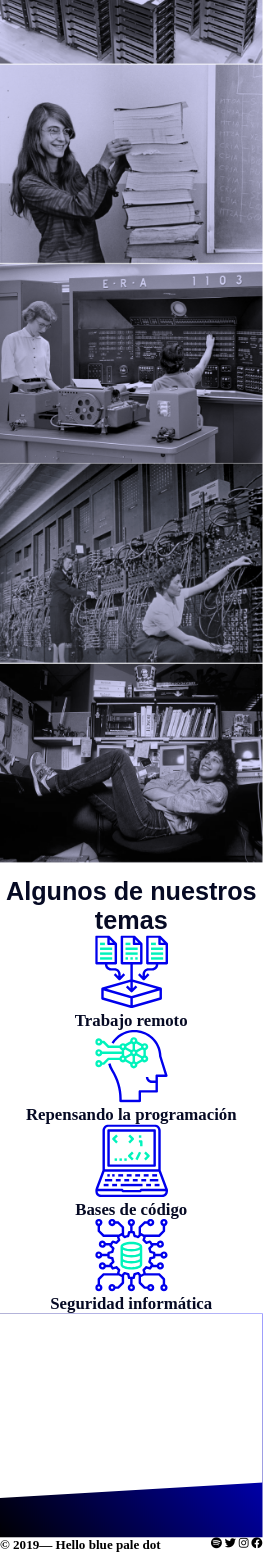
Repository: FedeGA93/podcast
Page: index.html
These files come from the project's save history. The page is drawn as it stood at one moment and after the next save; the edit follows.
The browser window is 375 px wide. The page is 394 px wide, so the pictures cover 394 px, including what lies to the right of the window. The pictures show the part of the page from y = 3096 to 5336 px (the page is 5336 px tall), at 70% of full size.
Some web fonts or font styles are not loaded; a fallback is used. Some web libraries are served in a nearby version.

Above is the page before, as saved 2019-11-26 19:30:15.

### index.html
<!DOCTYPE html>
<html lang="es">

<head>
    <meta charset="UTF-8">
    <meta name="viewport" content="width=device-width, initial-scale=1.0">
    <meta http-equiv="X-UA-Compatible" content="ie=edge">
    <title>BlueDot</title>
    <link rel="stylesheet" href="styles/styles.css">
    <link href="https://fonts.googleapis.com/css?family=IBM+Plex+Mono/IBM+Plex+Sans:400,400i,500,600&display=swap"
        rel="stylesheet">
    <link rel="stylesheet" href="https://cdnjs.cloudflare.com/ajax/libs/font-awesome/5.11.2/css/all.css">
    <link rel="shortcut icon" href="images/logo.ico" type="image/x-icon">
    <link rel="icon" href="images/logo.ico" type="image/x-icon">
</head>

<body>
    <header class="estilo-header">
        <nav>
            <div class="menu">
                <div>
                    <img src="images/logo.svg" alt="Logo del podcast" class="responsive-logo">
                </div>
                <div>

                    <!-- DEsde acá-->
                    <input type="checkbox" id="transformacion" />
                    <label for="transformacion" class="fija-menu">
                        <span class="barras-negras-hamburger bar1"></span>
                        <span class="barras-negras-hamburger bar2"></span>
                        <span class="barras-negras-hamburger bar3"></span>
                    </label>
                    <!--Hasta acá es lo que tengo que copiar-->
                    <ul class="menu-hijo">
                        <li><a class="color-letras" href="#epi">EPISODIOS</a></li>
                        <li><a class="color-letras" href="#nos">NOSOTROS</a></li>
                        <li><a class="color-letras" href="#ent">ENTREVISTAS</a></li>
                        <li><a class="color-letras" href="#topi">TOPICOS</a></li>
                    </ul>

                </div>
            </div>
        </nav>
    </header>
    <main class="primera-caja">
        <div class="centrado">
            <h1>Hello <s>world</s> pale blue dot<strong class="color-punto">.</strong></h1>
        </div>
        <div class="centrado">
            <p class="parrafos-general">El portal de podcasts que explora el mundo de la programación y <br> la
                tecnología.
                Nuevos episodios, todos los jueves cada 15 días.</p>
        </div>
        <div class="main-child">
            <div>
                <p><a class="btn cnmas" href="#nos">CONOCÉ MÁS</a></p>
            </div>
        </div>
    </main>
    <section>

        <div class="fondo-azul-gradiente sec">

            <div class="corteuno"></div>
            <div class="cortedos"></div>
            <div>
                <p class="color-blanco pad" id="epi">Episodios</p>
            </div>
            <div class="flex-spotify">
                <iframe src="https://open.spotify.com/embed-podcast/show/2ySVrxGkN6n6frMTo9Nsrt"
                    ></iframe>
                <iframe src="https://open.spotify.com/embed-podcast/show/4kYCRYJ3yK5DQbP5tbfZby"
                    ></iframe>
                <iframe src="https://open.spotify.com/embed-podcast/episode/2VHYWRX1mHcZQS89y3z2Xv" ></iframe>
                <iframe src="https://open.spotify.com/embed-podcast/show/2Iibd5A6R7mxkCm4NwNmUn"
                    ></iframe>
            </div>
        </div>
    </section>
    <section>

        <div class="informacion">
            <div>
                <img src="images/phone.png" alt="El podcast en un telefono" class="telefono">
            </div>
            <div>
                <h2 class="color-negro" id="nos">De dónde venimos</h2>

                <p class="parrafos-general limit-text">Our posturings, our imagined self-importance, the delusion that
                    we
                    have some
                    privileged position in the Universe, are challenged by this point of pale light. </p> <br>

                <p class="parrafos-general limit-text">
                    Our planet is a lonely speck in the great enveloping cosmic dark. In our obscurity, in all this
                    vastness, there is no hint that help will come from elsewhere to save us from ourselves.</p>

            </div>
        </div>

    </section>
    <section>
        <h2 class="color-negro paddie" id="ent">
            Invitadas/os Estelares
        </h2>

        <div class="photo-box">
            <img src="images/grace-hopper.png" alt="Foto de Grace Hopper" class="photos">
            <img src="images/Katie-Bouman.png" alt="Foto de Katie Bouman" class="photos">
            <img src="images/Margaret_Hamilton.png" alt="Margaret Hamilton" class="photos">
            <img src="images/computadora1950.png" alt="Una computadora del año 1950" class="photos">
            <img src="images/computadoraprogramable.png" alt="La primera computadora programable del mundo"
                class="photos">
            <img src="images/susan-kare.png" alt="Foto de Susan Kare" class="photos">

        </div>
    </section>
    <section class="top">
        <h2 class="color-negro center-text" id="topi">Algunos de nuestros temas</h2>
        <div>
            <section class="alineado">
                <div>
                    <img src="images/icon1.svg" alt="Una computadora que demuestra el trabajo remoto"
                        class="theme-size">
                    <p class="temas">Trabajo remoto</p>
                </div>
                <div>
                    <img src="images/icon2.svg" alt="Una cabeza pensando" class="theme-size">
                    <p class="temas">Repensando la programación</p>
                </div>

                <div>
                    <img src="images/icon3.svg" alt=" Un libro de código" class="theme-size">
                    <p class="temas">Bases de código</p>
                </div>

                <div>
                    <img src="images/icon4.svg" alt="Logo de seguridad" class="theme-size">
                    <p class="temas">Seguridad informática</p>
                </div>
            </section>
        </div>
    </section>
    <section>
        <div class="fondo-azul-gradiente secfoot">
                <svg xmlns="http://www.w3.org/2000/svg" viewBox="0 0 100 100" preserveAspectRatio="xMidYMid meet" >
                    <polygon fill="white" points="0,0 1440,0 0,85" />
                </svg>
            <div>
                <h2 class="color-blanco center-text">
                    ¿Querés las últimas novedades?
                </h2>
            </div>

            <div>
                <p> <a class="btn ele" href="#epi">ESCUCHÁ LOS EPISODIOS</a> </p>
            </div>

        </div>
    </section>

    <footer>
        <div class="flex-end">
            <h3 class="informacion">© 2019— Hello blue pale dot </h3>
            <div class="sin-deco">
                <a href="https://open.spotify.com/show/6xpiit8aJmwDHk1rKdxmri"><i class="fab fa-spotify"></i></a>
                <a href="https://twitter.com/w3c"> <i class="fab fa-twitter"></i></a>
                <a href="https://www.instagram.com/coding/"><i class="fab fa-instagram"></i></a>
                <a href="https://www.facebook.com/programminggeeks.in/"><i class="fab fa-facebook"></i></a>
            </div>
        </div>
    </footer>
</body>

</html>

### styles/styles.css
* {
  margin: 0;
  padding: 0;
  border: 0;
  box-sizing: content-box;
}

.menu {
  display: flex;
  flex-flow: row;
  justify-content: space-between;
  padding: 22px 244px 120px 100px;
  position: static;
  top: 0;
  overflow: hidden;
}
.menu-hijo {
  display: flex;
  flex-flow: row wrap;
  text-decoration: none;
  list-style-type: none;
  justify-content: flex-end;
  text-indent: 20px;
}

.primera-caja {
  display: flex;
  flex-flow: column;
  padding: 0 13%;
}
.centrado {
  justify-content: center;
}
.color-letras:active {
  color: RGBA(6, 10, 36, 0.53);
}
.color-letras:hover {
  color: #00f3bb;
  text-decoration: line-through;
}
.color-letras {
  font-family: "IBM Plex Mono", monospace;
  font-size: 16px;
  color: #060a24;
  letter-spacing: 0;
  line-height: 28px;
  text-decoration: none;
}

h1 {
  font-family: "IBM Plex Sans", sans-serif;
  font-size: 64px;
  color: #060a24;
  letter-spacing: 0;
}
.color-punto {
  font-family: "IBM Plex Sans", sans-serif;
  font-size: 64px;
  color: #0000ec;
  letter-spacing: 0;
}
.parrafos-general {
  font-family: "IBM Plex Mono", monospace;
  font-size: 16px;
  color: #060a24;
  letter-spacing: 0;
  line-height: 24px;
}

input {
  display: none;
}

.sec {
  position: relative;
  width: 100%;
  height: 124vh;
  overflow: hidden;
}
.secfoot {
  display: flex;
  justify-content: center;
  align-items: center;
  flex-direction: column;
  position: relative;
  width: 100%;
  height: 50vh;
  overflow: hidden;
}
.fondo-azul-gradiente {
  background-image: linear-gradient(225deg, #0000ff 0%, #000003 100%);
}

/* Cortes del fondo */
svg {
  position: absolute;
  bottom: 0;
  width: 100%;
  height: auto;

}

.corteuno {
  position: absolute;
  top: 0;
  left: 0;
  border-width: 0 0 8vw 100vw;
  border-style: solid;
  border-color: transparent #fff transparent;
}
.cortedos {
  position: absolute;
  bottom: 0;
  left: 0;
  border-width: 0 0 10vw 100vw;
  border-style: solid;
  border-color: transparent transparent #fff;
}
/* terminan los cortes */
.color-blanco {
  font-family: "IBM Plex Sans", sans-serif;
  font-size: 48px;
  color: #ffffff;
  letter-spacing: 0;
}
.color-negro {
  font-family: "IBM Plex Sans", sans-serif;
  font-size: 48px;
  color: #060a24;
  letter-spacing: 0;
}
.informacion {
  display: flex;
  justify-content: flex-start;
  flex-direction: row;
}

.btn {
  display: flex;
  align-items: center;
  justify-content: center;
  background-color: #00f3bb;
  font-family: "IBMPlexMono", Medium;
  font-size: 18px;
  color: #060a24;
  letter-spacing: 0;
  text-align: center;
  line-height: 24px;
  text-decoration: none;
}
.btn:hover,
.btn:focus {
  background-image: linear-gradient(225deg, #0000fe 0%, #00f0b8 100%);
  color: #ffffff;
}
.cnmas {
  height: 56px;
  width: 226px;
}
.ele {
  width: 345px;
  height: 56px;
}

.flex {
  display: flex;
  flex-direction: row;
  flex-wrap: nowrap;
  justify-content: space-between;
}
.pad {
  padding: 7% 12.76% 0;
}
.flex-spotify {
  display: flex;
  flex-flow: row wrap;
  padding: 2% 8%;
}
.temas {
  font-family: "IBMPlexSans";
  font-weight: 600;
  font-size: 24px;
  color: #060a24;
  letter-spacing: 0;
  text-align: center;
}

.alineado {
  display: flex;
  flex-flow: row;
  justify-content: space-evenly;
  text-align: center;
}
.telefono {
  position: relative;
  top: -311px;
  height: 660px;
  width: 457.6px;
  padding: 200px 64px 0 200px;
}
iframe {
  padding: 0 72px 72px 0;
  position: relative;
  z-index: 1;
  width: 44%;
  height: 232px;
}

.paddie {
  margin: -267px 0 36px 200px;
  z-index: 1;
}
.photos {
  width: 480px;
  height: 364px;
}
.photo-box {
  width: fit-content;
  display: grid;
  grid-template-columns: repeat(3, 0fr);
  grid-template-rows: repeat(2, min(25vw));
}
.limit-text {
  width: 54%;
}
.theme-size {
  width: 104px;
  height: 104px;
}
.top {
  margin-top: 5%;
}
.flex-end {
  display: flex;
  flex-direction: row;
  justify-content: space-between;
}
.sin-deco a {
  text-decoration: none;
  color: black;
}
/*
  ***************************************************
    ***********************************************
      ********************************************
        ****************************************
        *****************MOBILE*****************
        ****************************************
      ********************************************
     **********************************************
   **************************************************
 */

@media screen and (max-width: 600px) {
  * {
    margin: 0px;
    padding: 0;
    border: 0;
  }
  .estilo-header {
    padding: 3%;
  }
  .barra-navegadora {
    display: none;
  }
  .menu {
    padding: 0px;
    position: sticky;
  }
  .seccion {
    width: 100%;
  }

  .responsive-logo {
    margin: 2.2% 87.5% 1.2% 2%;
  }
  .menu-hijo {
    display: none;
  }
  .menu-hijo:hover {
    display: block;
  }
  h1 {
    font-family: "IBM Plex Sans", sans-serif;
    font-size: 36px;
    color: #060a24;
    letter-spacing: 0;
    line-height: 42px;
  }

  .parrafos-general {
    font-family: "IBM Plex Mono", monospace;
    font-size: 14px;
    color: #060a24;
    letter-spacing: 0;
    line-height: 22px;
  }
  .color-blanco {
    font-family: "IBM Plex Sans", sans-serif;
    font-size: 36px;
    color: #ffffff;
    letter-spacing: 0;
    line-height: 42px;
  }
  .color-negro {
    font-family: "IBM Plex Sans", sans-serif;
    font-size: 36px;
    color: #060a24;
    letter-spacing: 0;
    line-height: 42px;
  }
  .cnmas {
    height: 48px;
    width: 100%;
  }
  .barras-negras-hamburger {
    display: block;
    width: 33px;
    height: 4px;
    margin-bottom: 5px;
    position: relative;
    background: black;
    border-radius: 3px;
  }
  .sec {
    height: 165vh;
  }
  .secfoot {
    height: 40vh;
  }
  .center-text {
    text-align: center;
  }
  .telefono {
    top: -60px;
    padding: 0 0 0 9%;
    width: 360px;
    height: 519px;
  }
  .photo-box {
    grid-template-columns: repeat(1, 0);
    grid-template-rows: repeat(1, 16.5%);
  }
  .paddie {
    margin: 0;
  }
  .photos {
    height: auto;
    width: 100vw;
  }
  iframe {
    padding: 1%;
    width: auto;
  }
  .informacion {
    flex-direction: column;
  }
  .alineado {
    flex-direction: column;
  }
  .flex-spotify {
    padding: 2% 15%;
  }
  /* A partir de acá es el menu*/

  input[type="checkbox"]:checked ~ label > span.bar1 {
    -webkit-transform: rotate(-45deg) translate(-8px, 6px);
    transform: rotate(-45deg) translate(-8px, 6px);
    transition-delay: 0.1s;
  }
  input[type="checkbox"]:checked ~ label > span.bar2 {
    opacity: 0;
  }
  input[type="checkbox"]:checked ~ label > span.bar3 {
    -webkit-transform: rotate(45deg) translate(-8px, -6px);
    transform: rotate(45deg) translate(-8px, -6px);
    transition-delay: 0.1s;
  }
  input[type="checkbox"]:checked ~ .menu-hijo {
    background-color: blue;
    display: block;
    margin: auto;
    padding: initial;
    z-index: 1000;
    color: #fff;
  }

  input {
    display: none;
  }
  .fija-menu {
    display: block;
    direction: rtl;
  }
  /* hasta acá*/
}

@media screen and (max-width: 349px) {
  .sec {
    width: 129%;
  }
  .photos {
    width: 411px;
  }
  .cnmas {
    width: 100vw;
  }
  .corteuno {
    border-width: 0 0 12vw 158vw;
  }
  .cortedos {
    border-width: 0 0 19vw 129vw;
  }
  .secfoot{
    width: 129vw;
  }
  .top{
    margin-left: 27%;
  }
}
/*
  ***************************************************
    ***********************************************
      ********************************************
        ****************************************
         ***************TABLET*****************
        ****************************************
      ********************************************
     **********************************************
   **************************************************
 */
/*  @media screen and (max-width:601px) {


  } */

After the next save:
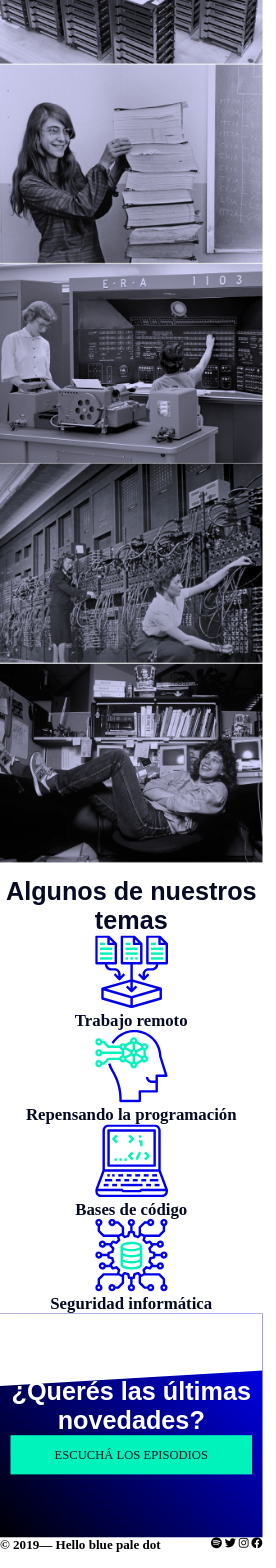
Saved 91 s later.
--- a/styles/styles.css
+++ b/styles/styles.css
@@ -393,6 +393,9 @@ iframe {
     direction: rtl;
   }
   /* hasta acá*/
+  svg{
+    bottom: 50%;
+  }
 }
 
 @media screen and (max-width: 349px) {
